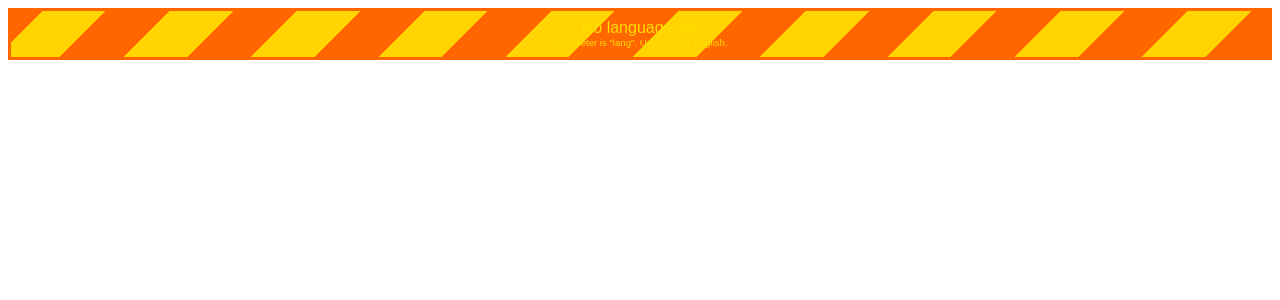
Repository: cirisus/ArknighTimer
Page: timer.html
The author's editor kept a copy of each file at every save. The page is drawn from the files as they stood at one save, then again after the next save.
The browser window is 1280 px wide. The pictures show the whole page.

Above is the page before, as saved 2024-03-09 11:50:36.

### timer.html
<!DOCTYPE html>
<html>
  <head>
    <meta charset="UTF-8">
    <meta name="description" content="明日方舟同人中文站计时器本体">
    <meta name="keywords" content="arknights,wiki,timer">
    <link rel="stylesheet" href="/ArknighTimer/timer.css">
    <script src="/ArknighTimer/timer.js"></script>
    <title>计时器初始化中……</title>
  </head>

  <body>
    <noscript>This application requires Javascript to function.</noscript>

    <div id="timer">
      <div id="title">
      <h2 id="title"></h2>
      </div>

      <div id="clock">
        <div id="years-div" class="unit">
          <span id="years" class="unit-value"></span>
          <span id="years-label" class="unit-label"></span>
        </div>

        <div id="months-div" class="unit">
          <span id="months" class="unit-value"></span>
          <span id="months-label" class="unit-label"></span>
        </div>

        <div id="days-div" class="unit">
          <span id="days" class="unit-value"></span>
          <span id="days-label" class="unit-label"></span>
        </div>

        <div id="hours-div" class="unit">
          <span id="hours" class="unit-value"></span>
          <span id="hours-label" class="unit-label"></span>
        </div>

        <div id="minutes-div" class="unit">
          <span id="minutes" class="unit-value"></span>
          <span id="minutes-label" class="unit-label"></span>
        </div>

        <div id="seconds-div" class="unit">
          <span id="seconds" class="unit-value"></span>
          <span id="seconds-label" class="unit-label"></span>
        </div>

      </div>
    </div>
  </body>
</html>

### timer.css
@import url('https://fonts.googleapis.com/css2?family=Bebas+Neue&display=swap');
:root {
  --primary-accent: 255, 102, 0;
  --secondary-accent: 255, 212, 0;
  --scale-3: 80,80,80;
}
body {
  font-family: Arial, sans-serif;
}
#timer {
  display: grid;
  grid-auto-columns: 1fr;
  grid-auto-rows: 1fr;
  grid-template-columns: 1fr;
  grid-template-rows: min-content 1fr;
  gap: 1px 1px;
  grid-template-areas:
    "title"
    "countdown";

  padding: 0.5rem;
  border: 3px solid rgb(var(--primary-accent));
  background: repeating-linear-gradient(-45deg, rgb(var(--primary-accent)), rgb(var(--primary-accent)) 45px, rgb(var(--secondary-accent)) 0, rgb(var(--secondary-accent)) 90px);
}
#title {
  grid-area: title;
  text-align: center;
  margin-block-start: 0;
  margin-block-end: 0;
}

#clock {
  grid-area: countdown;
  color: #f3f2ec;
  background-color: rgb(var(--scale-3));
  -webkit-backdrop-filter: blur(5rem);
  backdrop-filter: blur(5rem);
  text-align: center;
  border-radius: 0.25em;
  margin: .5em
}

.unit {
  display: inline-block;
  margin: 0.5em;
}

.unit-value {
  font-family: "Bebas Neue", sans-serif;
  font-size: 2em;
  background-color: #ccc;
  border-radius: 0.25em;
  padding: 0.15em;
}

.unit-label {
  font-size: 1.5em;
}

/* Basic utility classes */
.hidden {
  display: none;
}

.error {
  color: #fd0;
}

.error-secondary {
  font-size: 0.6em;
}

.progress {
  color: black;
}

.finished {
  color: #282;
}

### timer.js
// Constants
var SECONDS_MS = 1000;
var MINUTES_MS = SECONDS_MS * 60;
var HOURS_MS = MINUTES_MS * 60;
var DAYS_MS = HOURS_MS * 24;

var SECONDS_ENUM = 0;
var MINUTES_ENUM = 1;
var HOURS_ENUM = 2;
var DAYS_ENUM = 3;
var MONTHS_ENUM = 4;
var YEARS_ENUM = 5;

// Initialization errors are only in English unfortunately.
function setError(primary, secondary = null) {
  var titleElement = document.getElementById('title');
  titleElement.classList.add('error');
  titleElement.innerText = primary;

  var clockElement = document.getElementById('clock');
  clockElement.classList.add('hidden');

  if (secondary) {
    var messageElement = document.createElement('div');
    messageElement.classList.add('error-secondary');
    messageElement.innerText = secondary;
    titleElement.appendChild(messageElement);
  }
}

// Localization
function getMessage(language, messageKey) {
  var translations = {
    // English
    'en': {
      'timer-description': 'Timer expiring at',
      'timer-progress': 'This timer will expire in',
      'timer-finished': 'This timer has been expired since',
      'years': 'years',
      'months': 'months',
      'days': 'days',
      'hours': 'hours',
      'minutes': 'minutes',
      'seconds': 'seconds',
    },

    // French
    'fr': {
      'timer-description': 'Fin du compte à rebours à',
      'timer-progress': 'Ce compte à rebours se terminera dans',
      'timer-finished': 'Ce compte à rebous est terminé depuis',
      'years': 'ans',
      'months': 'mois',
      'days': 'jours',
      'hours': 'heures',
      'minutes': 'minutes',
      'seconds': 'secondes',
    },

    // Pig Latin
    'pig': {
      'timer-description': 'Imertay expiringyay atyay',
      'timer-progress': 'Isthay imertay illway expireyay inyay',
      'timer-finished': 'Isthay imertay ashay eenbay expiredyay incesay',
      'years': 'earsyay',
      'months': 'onthsmay',
      'days': 'aysday',
      'hours': 'ourshay',
      'minutes': 'inutesmay',
      'seconds': 'econdssay',
    },

    // Spanish
    'es': {
      'timer-description': 'El temporizador finaliza en',
      'timer-progress': 'El temporizador finalizará en',
      'timer-finished': 'El temporizador ha finalizado desde hace',
      'years': 'años',
      'months': 'meses',
      'days': 'días',
      'hours': 'horas',
      'minutes': 'minutos',
      'seconds': 'segundos',
    },

    // Vietnamese
    'vi': {
      'timer-description': 'Đồng hồ kết thúc vào',
      'timer-progress': 'Đồng hồ sẽ kết thúc trong',
      'timer-finished': 'Đồng hồ này đã kết thúc kể từ',
      'years': 'năm',
      'months': 'tháng',
      'days': 'ngày',
      'hours': 'giờ',
      'minutes': 'phút',
      'seconds': 'giây',
    },

    // Simplified Chinese
    'cn': {
      'timer-description': '此计时器将过期于：',
      'timer-progress': '此计时器将过期于：',
      'timer-finished': '此计时器已过期：',
      'years': '年',
      'months': '月',
      'days': '日',
      'hours': '时',
      'minutes': '分',
      'seconds': '秒',
    },
  };

  // Special case:
  // The 'test' language just echoes the message key back out.
  if (language === 'test') {
    return messageKey;
  }

  // Get message based on language
  var messages = translations[language];
  if (!messages) {
    setError('No translations for language: ' + language);
    return null;
  }

  var message = messages[messageKey];
  if (!message) {
    setError('No such message key: ' + messageKey);
    return null;
  }

  return message;
}

function insertCSS(styling) {
  var head = document.head || document.getElementsByTagName('head')[0];
  var style = document.createElement('style');

  style.type = 'text/css';
  style.appendChild(document.createTextNode(styling));
  head.appendChild(style);
}

function getDaysInFebruary(startYear) {
  return (startYear % 4 === 0 && startYear % 100 !== 0)
    || startYear % 400 === 0 ? 29 : 28;
}

function elapsedData(targetTime) {
  var now = new Date();
  var elapsed = now - targetTime;

  if (elapsed >= 0) {
    // Date is in the past
    return {
      elapsed: elapsed,
      finished: true,
      startTime: targetTime,
      endTime: now,
    };
  } else {
    // Date is in the future
    return {
      elapsed: -elapsed,
      finished: false,
      startTime: now,
      endTime: targetTime,
    };
  }
}

// Based on https://stackoverflow.com/a/49201872
// Calculate differences greater than a day.
function dateDiff(startDate, endDate) {
  // Trim sub-day differences to avoid 0.8 days from rounding up.
  var diff = endDate - startDate;
  diff -= Math.floor(diff % DAYS_MS);
  endDate = new Date(startDate.getTime() + diff);

  // Get month data
  var february = getDaysInFebruary(startDate.getFullYear());
  var daysInMonth = [31, february, 31, 30, 31, 30, 31, 31, 30, 31, 30, 31];

  var yearDiff = endDate.getFullYear() - startDate.getFullYear();
  var monthDiff = endDate.getMonth() - startDate.getMonth();
  if (monthDiff < 0) {
    yearDiff--;
    monthDiff += 12;
  }

  var dayDiff = endDate.getDate() - startDate.getDate();
  if (dayDiff < 0) {
    if (monthDiff > 0) {
      monthDiff--;
    } else {
      yearDiff--;
      monthDiff = 11;
    }

    dayDiff += daysInMonth[startDate.getMonth()];
  }

  return {
    years: yearDiff,
    months: monthDiff,
    days: dayDiff,
  };
}

// Calculate difference in time, in all units
function timeRemaining(targetTime) {
  var data = elapsedData(targetTime);

  // Differences > 1 day
  var dateDiffs = dateDiff(data.startTime, data.endTime);
  var years = dateDiffs.years;
  var months = dateDiffs.months;
  var days = dateDiffs.days;

  // Differences < 1 day
  var elapsed = Math.floor(data.elapsed % DAYS_MS);

  var hours = Math.floor(elapsed / HOURS_MS);
  elapsed = Math.floor(elapsed % HOURS_MS);

  var minutes = Math.floor(elapsed / MINUTES_MS);
  elapsed = Math.floor(elapsed % MINUTES_MS);

  var seconds = Math.floor(elapsed / SECONDS_MS);
  elapsed = Math.floor(elapsed % MINUTES_MS);

  // Get highest unit present
  var highest;
  if (years > 0) {
    highest = YEARS_ENUM;
  } else if (months > 0) {
    highest = MONTHS_ENUM;
  } else if (days > 0) {
    highest = DAYS_ENUM;
  } else if (hours > 0) {
    highest = HOURS_ENUM;
  } else if (minutes > 0) {
    highest = MINUTES_ENUM;
  } else {
    highest = SECONDS_ENUM;
  }

  return {
    years: years,
    months: months,
    days: days,
    hours: hours,
    minutes: minutes,
    seconds: seconds,
    finished: data.finished,
    highest: highest,
  };
}

function setTimerField(language, field, value) {
  var visible = value !== null;

  if (visible) {
    document.getElementById(field).innerText = value;
  }

  setTimerFieldVisibility(field, visible);
}

function setTimerFieldVisibility(field, visible) {
  var element = document.getElementById(field + '-div');

  if (visible) {
    element.classList.remove('hidden');
  } else {
    element.classList.add('hidden');
  }
}

function createTimer(language, targetTime, progressMessage, finishedMessage) {
  progressMessage = progressMessage || getMessage(language, 'timer-progress');
  finishedMessage = finishedMessage || getMessage(language, 'timer-finished');

  // Update routine, to invoke every second
  var timerFields = [
    ['years', YEARS_ENUM, 1],
    ['months', MONTHS_ENUM, 1],
    ['days', DAYS_ENUM, 1],
    ['hours', HOURS_ENUM, 2],
    ['minutes', MINUTES_ENUM, 2],
    ['seconds', SECONDS_ENUM, 2],
  ];

  // Initial application of field labels
  for (var i = 0; i < timerFields.length; i++) {
    var field = timerFields[i][0];
    document.getElementById(field + '-label').innerText = getMessage(language, field);
  }

  function updateTimer() {
    var remaining = timeRemaining(targetTime);

    // Set title message
    var titleElement = document.getElementById('title');

    if (remaining.finished) {
      titleElement.innerText = finishedMessage;
      titleElement.classList = ['finished'];
    } else {
      titleElement.innerText = progressMessage;
      titleElement.classList = ['progress'];
    }

    // Set individual timer fields
    for (var i = 0; i < timerFields.length; i++) {
      var field = timerFields[i][0];
      var fieldEnum = timerFields[i][1];
      var padWidth = timerFields[i][2];

      // If the value is to be shown, then display it.
      // Ensure digits are padded to the appropriate width.
      var value = remaining.highest >= fieldEnum
        ? String(remaining[field]).padStart(padWidth, '0')
        : null;

      setTimerField(language, field, value);
    }
  }

  // Set title.
  // Since this is meant to be used as an iframe, setting it every tick is pointless.
  document.title = getMessage(language, 'timer-description') + ' ' + targetTime;

  // Configure timer to run regularly.
  updateTimer();
  setInterval(updateTimer, 1000);
}

function setup() {
  // Get parameters
  var url = new URL(window.location.href);
  var parameters = new URLSearchParams(url.search);
  var language = parameters.get('lang');
  var timestamp = parameters.get('time');
  var progressMessage = parameters.get('progress');
  var finishedMessage = parameters.get('finished');
  var styling = parameters.get('style'); // allows custom CSS to be injected

  // Check parameters
  if (!language) {
    setError('No language set', 'Parameter is "lang". Use "en" for English.');
    return;
  }

  if (!timestamp) {
    setError('No timestamp set', 'Parameter is "time". You can use a UNIX timestamp or an ISO string.');
    return;
  }

  var targetTime;
  if (/^\d+(\.\d+)?$/.exec(timestamp)) {
    targetTime = new Date(parseFloat(timestamp) * 1000);
  } else {
    targetTime = new Date(timestamp);
    if (isNaN(targetTime)) {
      setError('Invalid timestamp', timestamp);
      return;
    }
  }

  // Insert custom CSS, if any
  if (styling !== null) {
    insertCSS(styling);
  }

  // Initialize clock
  createTimer(language, targetTime, progressMessage, finishedMessage);
}

setTimeout(setup, 5);

After the next save:
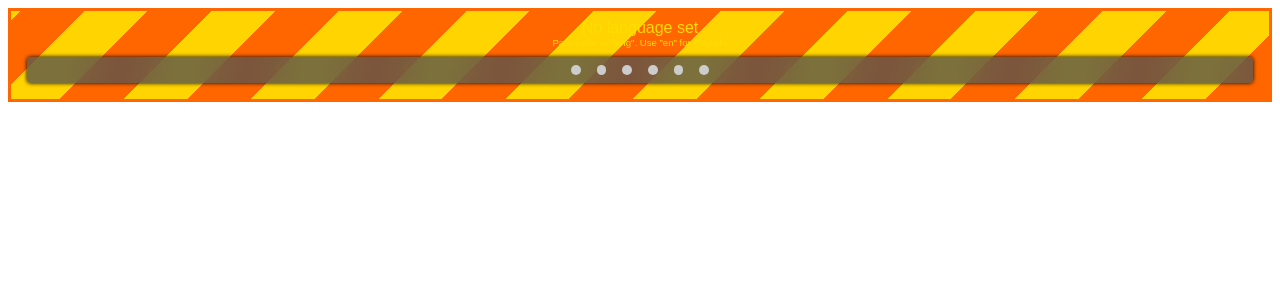
Saved 4 min 2 s later.
--- a/timer.css
+++ b/timer.css
@@ -30,19 +30,25 @@
 }
 
 #clock {
+  display: flex;
+  justify-content: center;
+  align-items: center;
   grid-area: countdown;
   color: #f3f2ec;
-  background-color: rgb(var(--scale-3));
-  -webkit-backdrop-filter: blur(5rem);
-  backdrop-filter: blur(5rem);
+  background-color: rgb(var(--scale-3),.75);
+  -webkit-backdrop-filter: blur(1rem);
+  backdrop-filter: blur(1rem);
   text-align: center;
   border-radius: 0.25em;
-  margin: .5em
+  margin: .5em;
+  box-shadow: 0 0 4px black
 }
 
 .unit {
-  display: inline-block;
+  display: inline-flex;
   margin: 0.5em;
+  justify-content: center;
+  align-items: center;
 }
 
 .unit-value {
